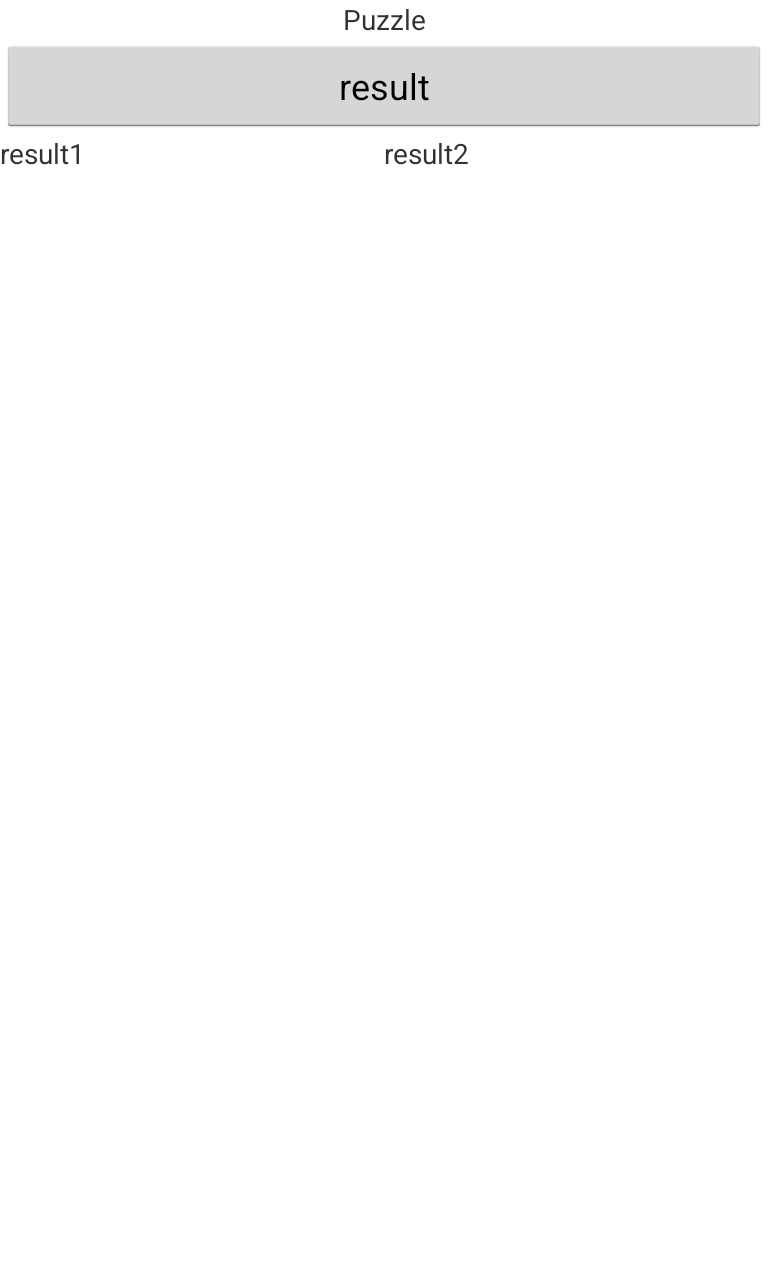
Repository: founderzhl/MarsAndroid
Layout: S01_E12_HW/res/layout/activity_main.xml
An editor plug-in stored every save of this project. The layout is shown before and after the next save, followed by the edit.
It is drawn on a 768 x 1280 px phone screen (xhdpi) without system bars, with theme AppTheme; the app's code is not run.

Above is the layout before, as saved 2015-01-21 15:44:40.

After the next save:
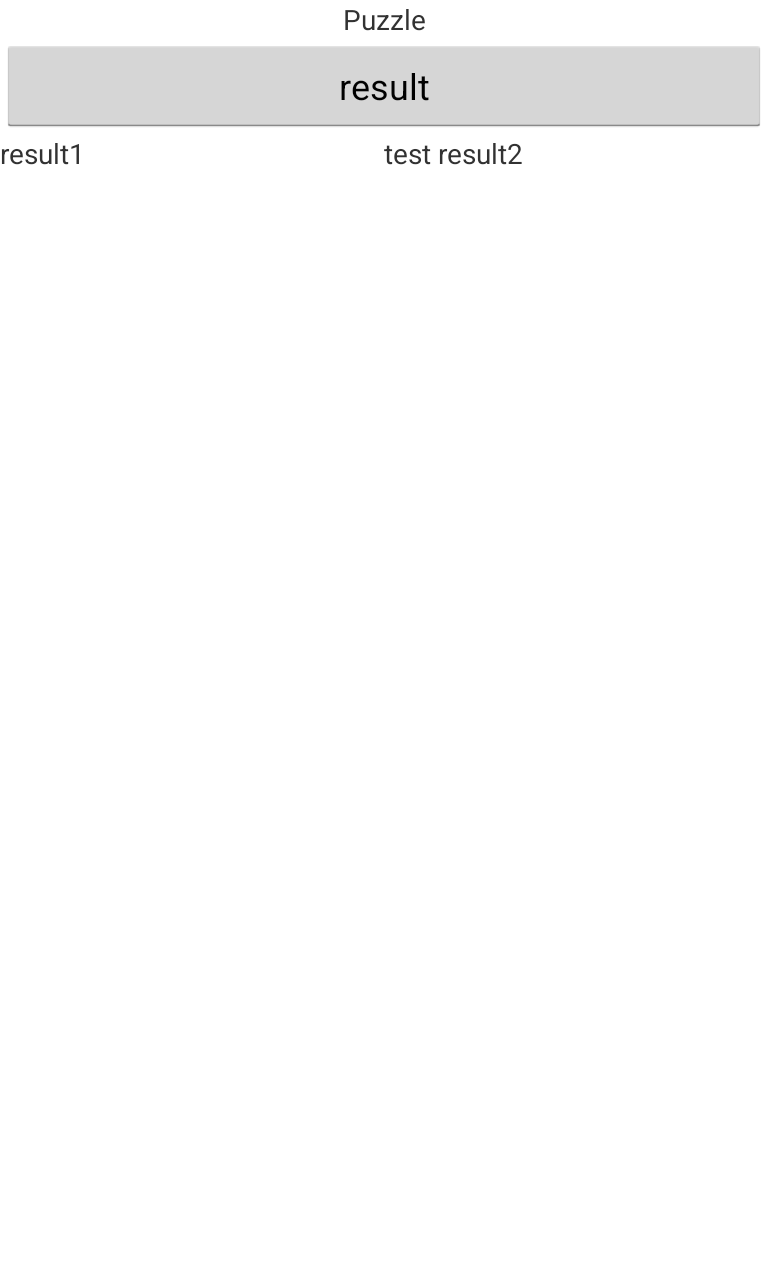
Saved 31 s later.
--- a/S01_E12_HW/res/layout/activity_main.xml
+++ b/S01_E12_HW/res/layout/activity_main.xml
@@ -31,7 +31,7 @@
        	android:layout_width="0dp"
         android:layout_height="wrap_content"
         android:layout_weight="1"
-        android:text="result2"/>
+        android:text="test result2"/>
 
 	</LinearLayout>
 
